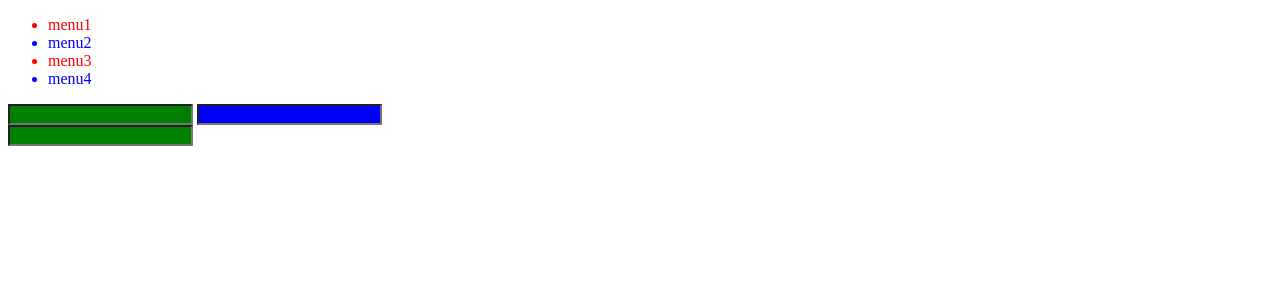
Repository: LucestDail/WebEclipse-Workspace
Page: htmlProject/WebContent/cssEx3.html
An editor plug-in stored every save of this project. The page is shown before and after the next save, followed by the edit.
The browser window is 1280 px wide. The pictures show the whole page.

Above is the page before, as saved 2020-11-06 05:15:01.

### htmlProject/WebContent/cssEx3.html
<!DOCTYPE html>
<html>
<head>
<meta charset="UTF-8">
<title>Insert title here</title>
<style type = "text/css">
	.select{
		color:red;
	}
	.select2{
		color:blue;
	}
	input[type=text]
	{
		background:green;
	}
	input[type=password]{
		background:blue;
	}
</style>
</head>
<body>
<ul>
	<li class = "select">menu1</li>
	<li class = "select2">menu2</li>
	<li class = "select">menu3</li>
	<li class = "select2">menu4</li>
</ul>
<form>
	<input type = "text">
	<input type = "password"><br>
	<input type = "text" id = "yelow">


</form>
</body>
</html>

After the next save:
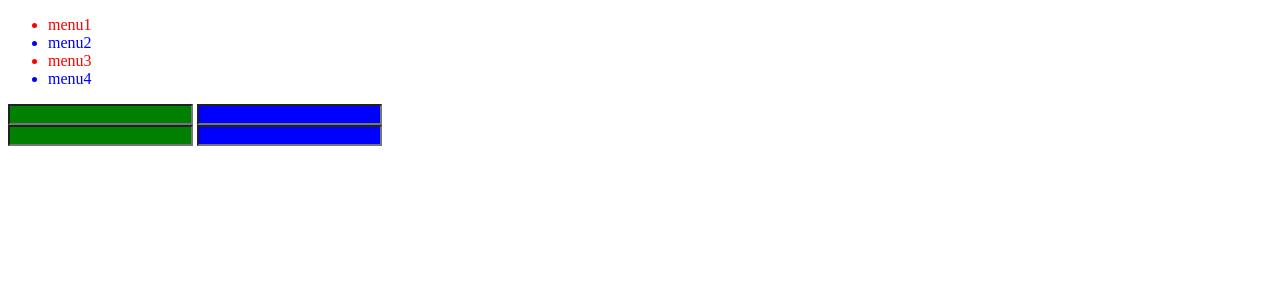
Saved 46 s later.
--- a/htmlProject/WebContent/cssEx3.html
+++ b/htmlProject/WebContent/cssEx3.html
@@ -30,8 +30,7 @@
 	<input type = "text">
 	<input type = "password"><br>
 	<input type = "text" id = "yelow">
-
-
+	<input type = "password"><br>
 </form>
 </body>
 </html>
